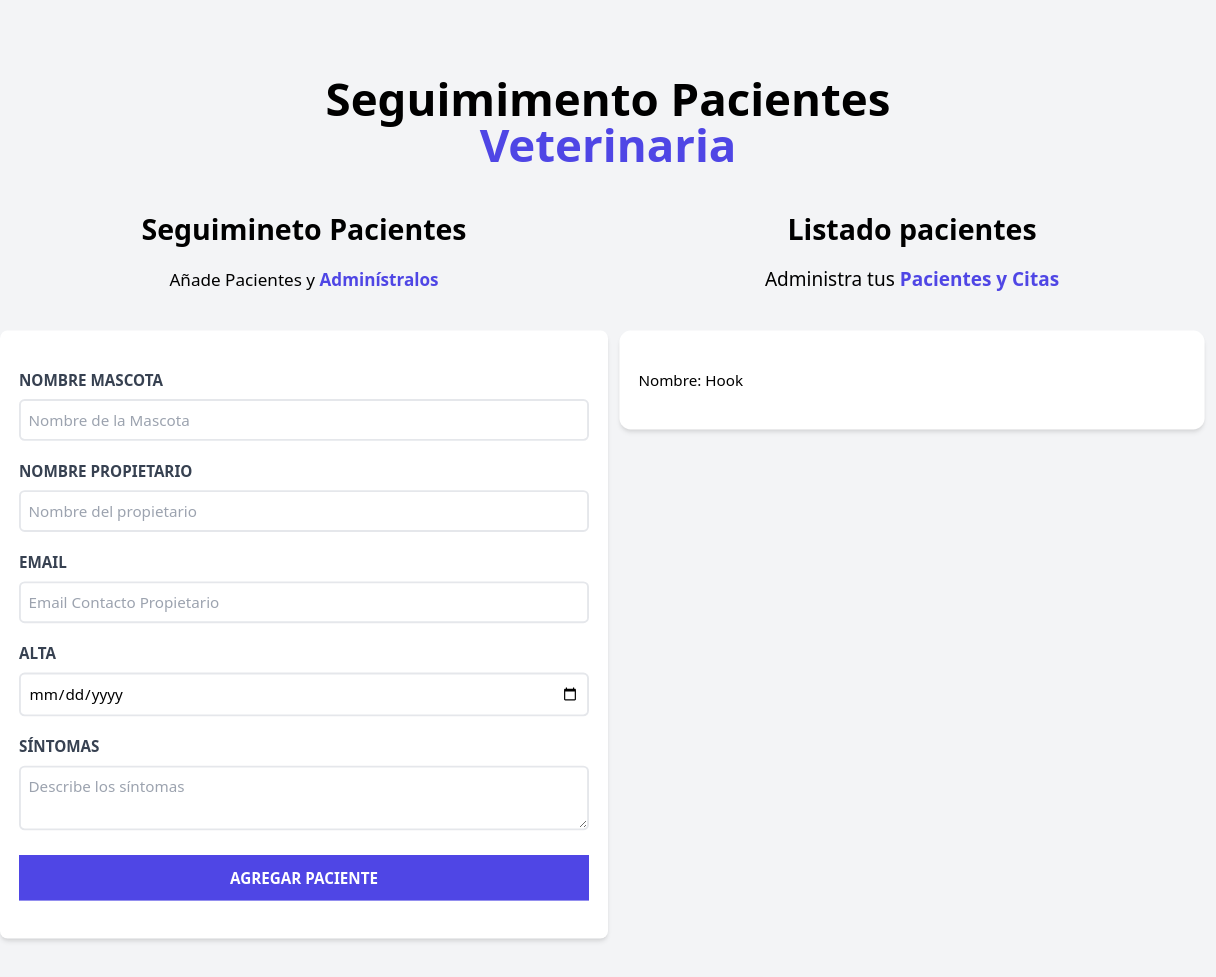
Repository: rlaureano/citas_react
Page: /
These files come from the project's save history. The page is drawn as it stood at one moment and after the next save; the edit follows.
The browser window is 1280 px wide. The pictures show the whole page, at 95% of full size.
The project was rebuilt for these pictures with package versions that can differ from the ones it lists, and the page was loaded fresh each time. Also part of the build but not shown: vite.config.js.

Above is the page before, as saved 2022-01-11 23:23:44.

After the next save:
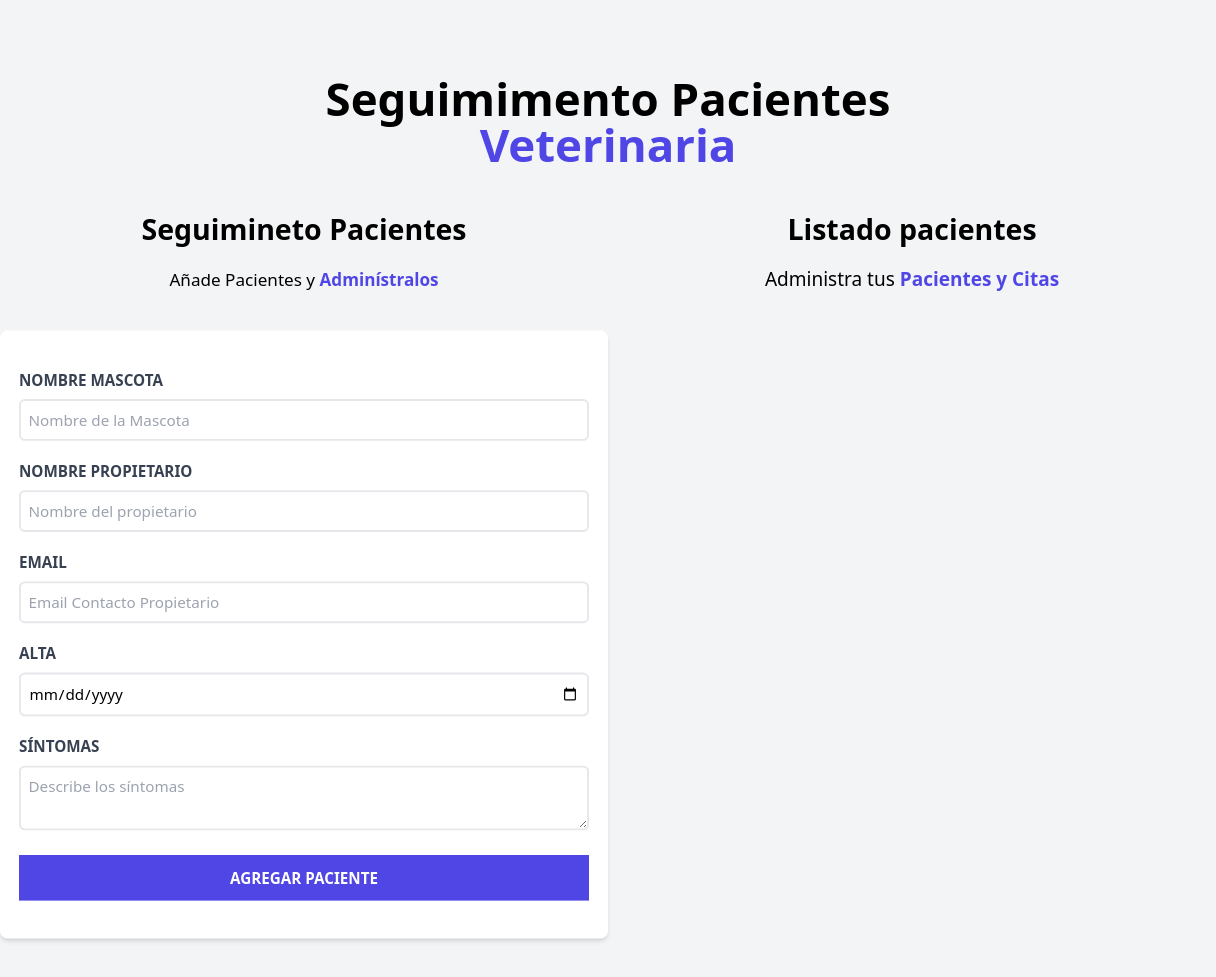
Saved 2 min 7 s later.
--- a/src/components/ListadoPacientes.jsx
+++ b/src/components/ListadoPacientes.jsx
@@ -9,12 +9,6 @@ const ListadoPacientes = () => {
         <span className="text-indigo-600 font-bold">Pacientes y Citas</span>
       </p>
 
-      <div className="m-3 bg-white shadow-md px-5 py-10 rounded-xl">
-        <p>
-          Nombre: {''}
-          <span>Hook</span>
-        </p>
-      </div>
     </div>
   )
 }
